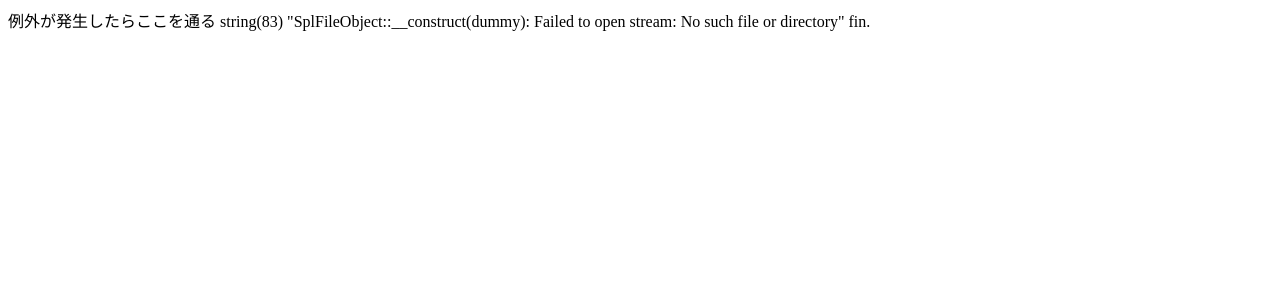
Repository: NishidaShiko/kadai
Page: http://localhost/exception.php
The author's editor kept a record of every edit. The page is drawn from the files as they stood at one moment, then again after the next edit.
The browser window is 1280 px wide. The pictures show the whole page.
The page is run by PHP 8.4 with error messages shown; the project is at /var/www/html/.

Above is the page before.

After the next edit:
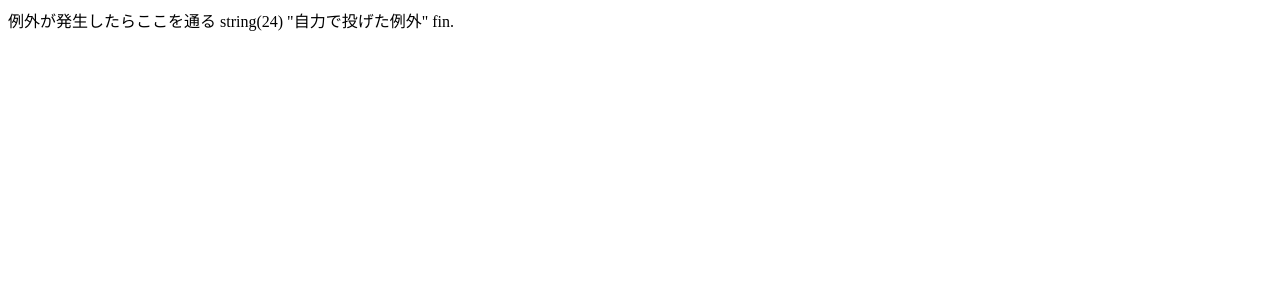
The edit:
--- a/exception.php
+++ b/exception.php
@@ -1,6 +1,8 @@
 <?php
 
 try{
+    throw new \Exception("自力で投げた例外");
+
     $obj = new SplFileObject('dummy');
 
     echo "例外が起きた後の処理。ここは通る？ \n";
